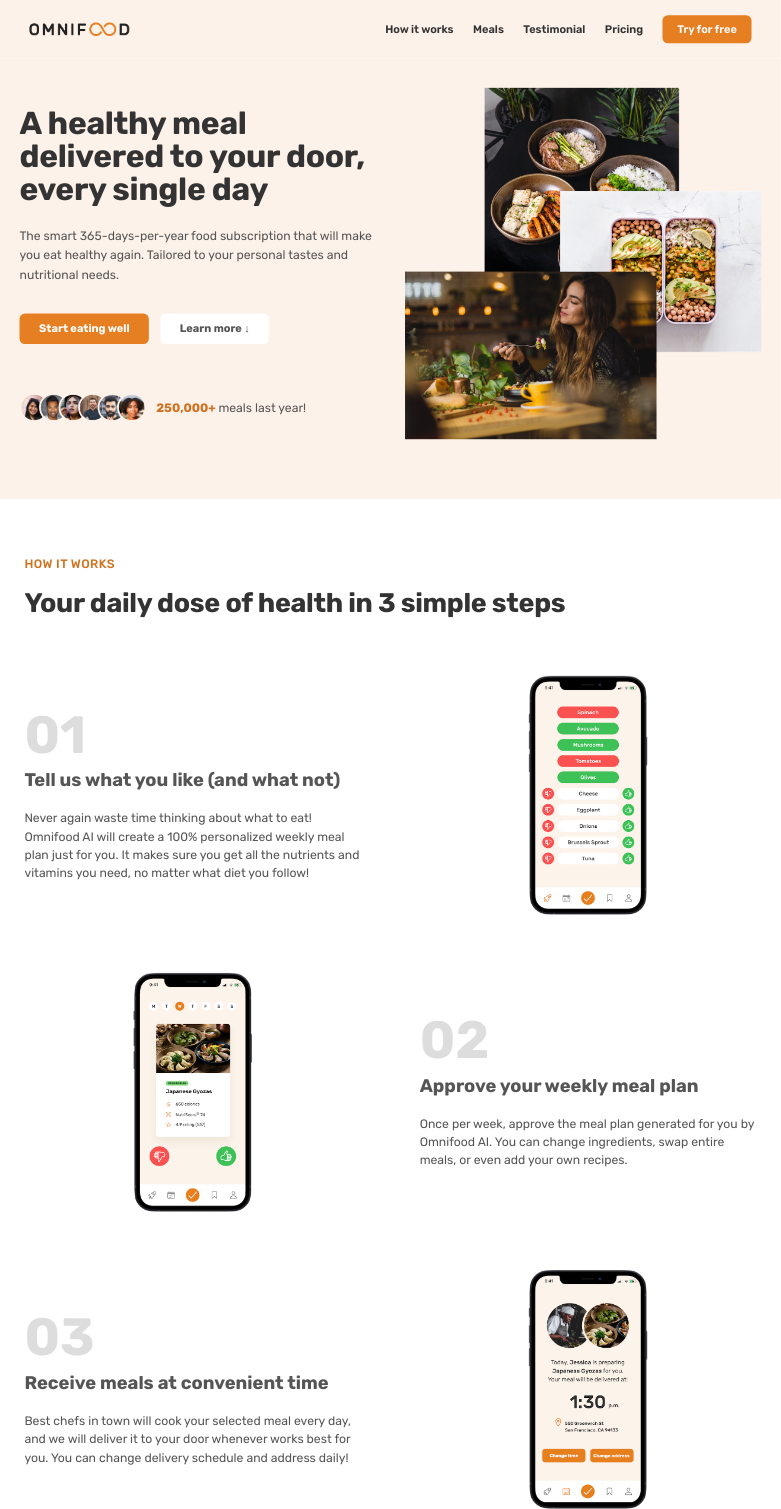
Repository: WefsCao/Omnifood
Page: index.html
The author's editor kept a copy of each file at every save. The page is drawn from the files as they stood at one save, then again after the next save.
The browser window is 1280 px wide. The pictures show the whole page, at 61% of full size.

Above is the page before, as saved 2022-06-04 20:29:55.

After the next save:
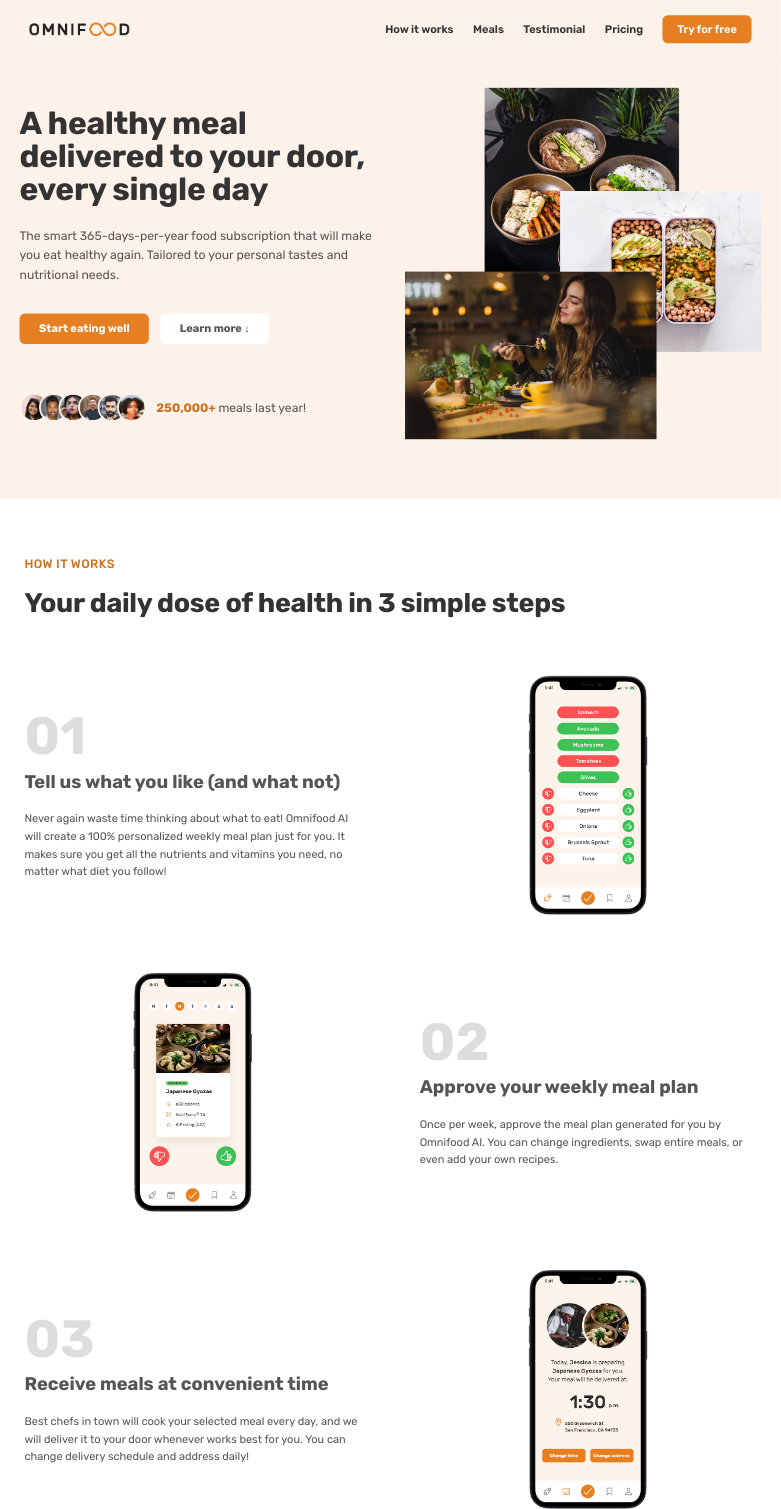
Saved 85 s later.
--- a/css/style.css
+++ b/css/style.css
@@ -161,8 +161,8 @@
 }
 .step-text {
   margin-top: 3.2rem;
-  font-size: 2rem;
-  line-height: 1.5;
+  font-size: 1.8rem;
+  line-height: 1.6;
 }
 .step-img {
   width: 35%;
